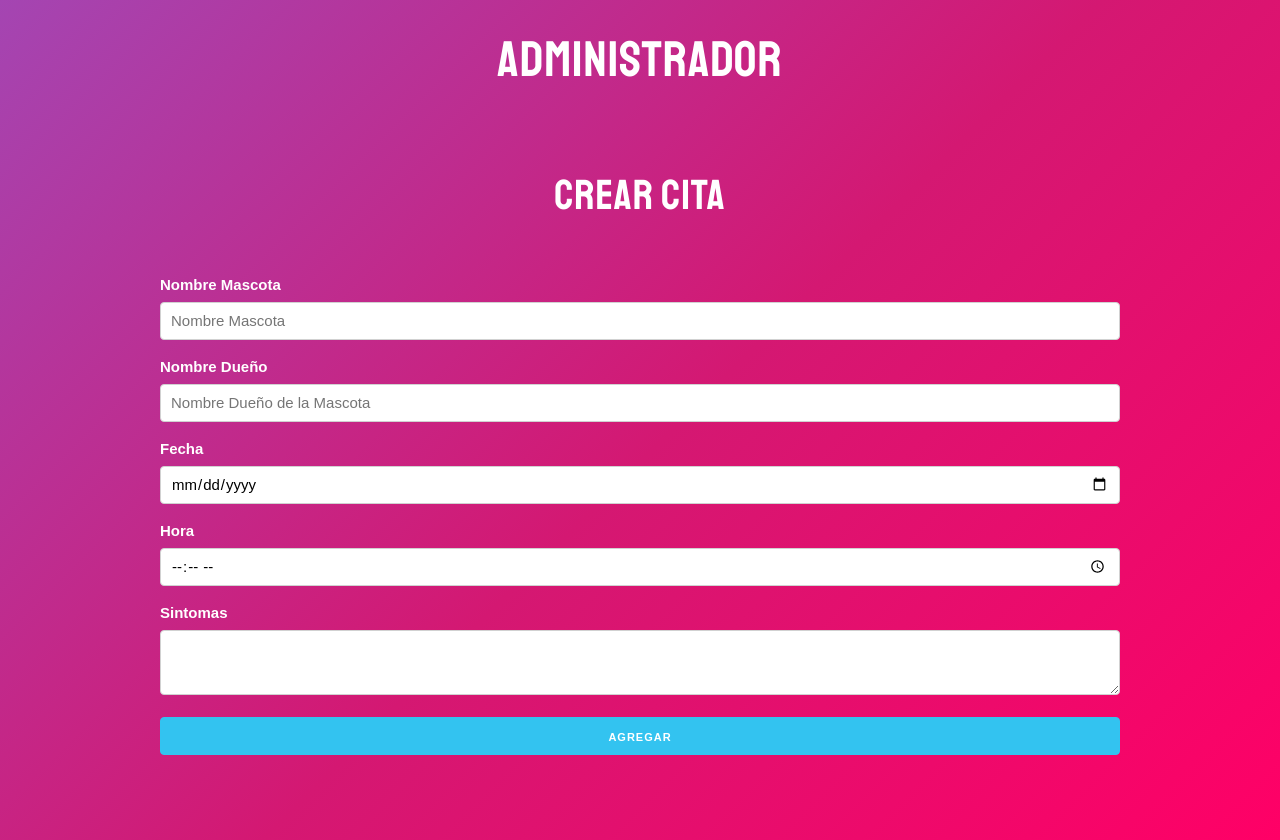
Repository: harrycampaz/citas-hooks-reactjs
Page: /
An editor plug-in stored every save of this project. The page is shown before and after the next save, followed by the edit.
The browser window is 1280 px wide. The pictures show the whole page.
The project was rebuilt for these pictures with package versions that can differ from the ones it lists, and the page was loaded fresh each time. Also part of the build but not shown: src/components/Cita.js.

Above is the page before, as saved 2020-01-20 16:36:56.

### src/App.js
import React, {useState, Fragment} from 'react';
import FormComponent from './components/FormComponent';
import Cita from './components/Cita';


function App() {

  const [citas, setCitas]= useState([]);

  const createCita = cita => {
    const nuevasCitas = [...citas, cita]
    console.log(nuevasCitas);

    setCitas(nuevasCitas);

  }


  const deleteCita = index => {
    const nuevasCitas = [...citas];
    nuevasCitas.splice(index, 1);

    setCitas(nuevasCitas)
  }


  return (
    <Fragment>
    <h1>Administrador</h1>
    <div className="container">
      <div className="row">
        <div className="onne-half column">
          <FormComponent createCita={createCita} />
        </div>
        <div className="onne-half column">
          {citas.map((cita, index) => (
            <Cita
            key = {index}
            index= {index}
            cita= {cita}
            deleteCita={deleteCita}
            />
          ))}
        </div>

      </div>
    </div>
    </Fragment>
  );
}

export default App;

### src/components/FormComponent.js
import React, { Fragment, useState } from 'react';

function FormComponent(props) {

    const stateInicial = {
        mascota: '',
        propietario: '',
        fecha: '',
        hora:'',
        sintomas:''
    }

    const [cita, setCita] = useState(stateInicial);

    const handleChange = e => {
        setCita({
            ...cita,
            [e.target.name]: e.target.value
        })
    }

    const handleSend = e => {
        e.preventDefault();

        props.createCita(cita)

        setCita(stateInicial)

    }

    console.log(cita);


    return (
        <Fragment>
            <h2>Crear Cita</h2>

            <form onSubmit = {handleSend}>
                <label>Nombre Mascota</label>
                <input
                    type="text"
                    name="mascota"
                    className="u-full-width"
                    placeholder="Nombre Mascota"
                    onChange ={handleChange}
                    value ={cita.mascota}
                />

                <label>Nombre Dueño</label>
                <input
                    type="text"
                    name="propietario"
                    className="u-full-width"
                    placeholder="Nombre Dueño de la Mascota"
                    onChange ={handleChange}
                    value ={cita.propietario}
                />

                <label>Fecha</label>
                <input
                    type="date"
                    className="u-full-width"
                    name="fecha"
                    onChange ={handleChange}
                    value ={cita.fecha}
                />

                <label>Hora</label>
                <input
                    type="time"
                    className="u-full-width"
                    name="hora"
                    onChange ={handleChange}
                    value ={cita.hora}
                />

                <label>Sintomas</label>
                <textarea
                    className="u-full-width"
                    name="sintomas"
                    onChange ={handleChange}
                    value ={cita.sintomas}
                ></textarea>

                <button type="submit" className="button-primary u-full-width">Agregar</button>
            </form>
        </Fragment>
    );
}

export default FormComponent;

Loaded but not shown: public/index.html (common file); src/index.js (common file); src/index.css (common file); src/serviceWorker.js (common file)

After the next save:
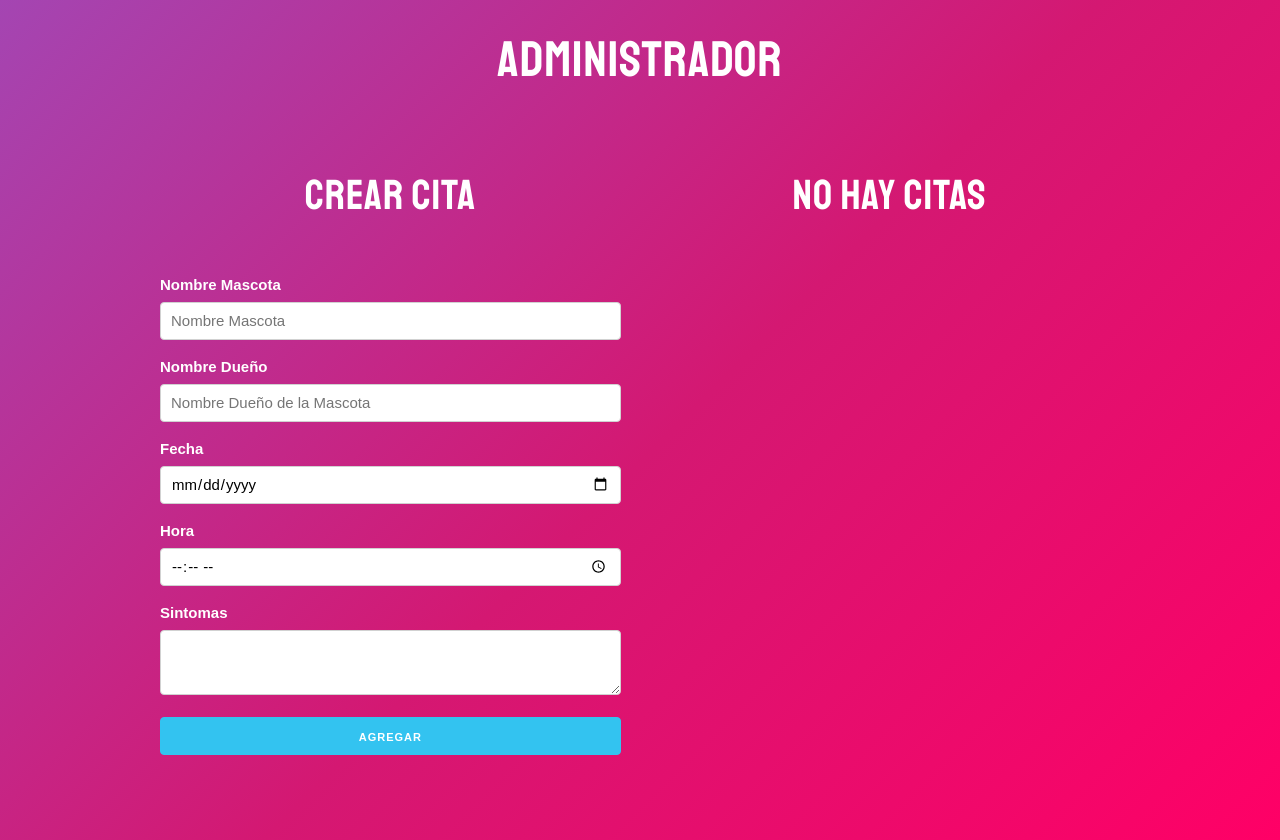
Saved 108 s later.
--- a/src/App.js
+++ b/src/App.js
@@ -23,16 +23,19 @@ function App() {
     setCitas(nuevasCitas)
   }
 
+  const titulo = Object.keys(citas).length === 0 ? "No hay citas" : "Administrar Citas";
+
 
   return (
     <Fragment>
     <h1>Administrador</h1>
     <div className="container">
       <div className="row">
-        <div className="onne-half column">
+        <div className="one-half column">
           <FormComponent createCita={createCita} />
         </div>
-        <div className="onne-half column">
+        <div className="one-half column">
+  <h2>{titulo}</h2>
           {citas.map((cita, index) => (
             <Cita
             key = {index}
